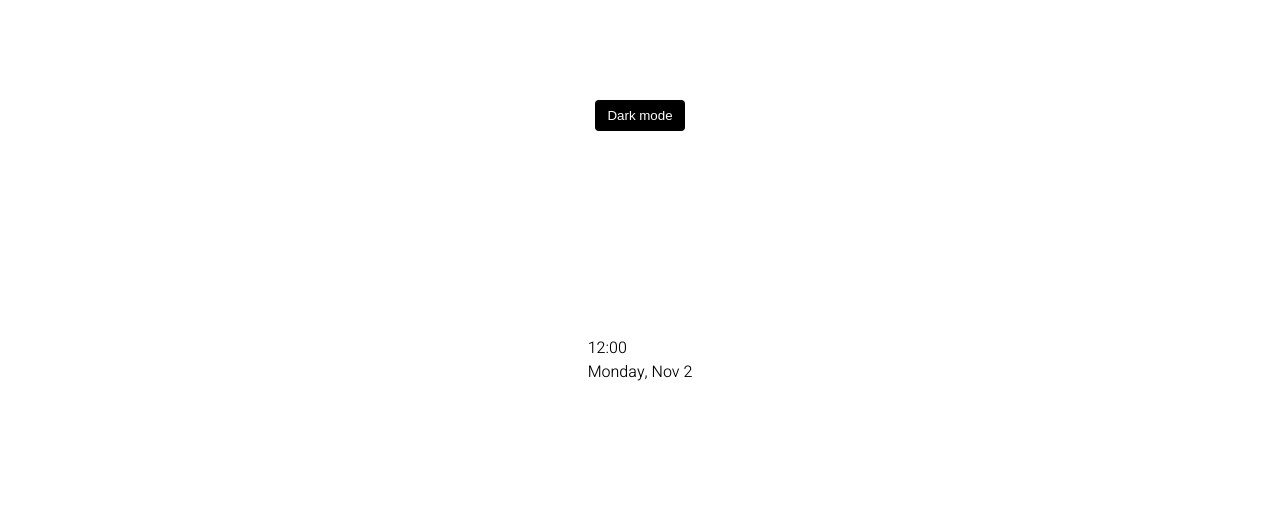
Repository: eagle-tex/50-projects-BT
Page: 19-theme-clock/index.html
An editor plug-in stored every save of this project. The page is shown before and after the next save, followed by the edit.
The browser window is 1280 px wide. The pictures show the whole page.

Above is the page before, as saved 2021-01-15 21:32:30.

### 19-theme-clock/index.html
<!DOCTYPE html>
<html lang="en">

<head>
  <meta charset="UTF-8" />
  <meta name="viewport" content="width=device-width, initial-scale=1.0" />
  <link rel="stylesheet" href="style.css" />
  <title>Theme Clock</title>
</head>

<body>
  <!-- Inspired by this dribbble shot https://dribbble.com/shots/5958443-Alarm-clock -->

  <button class="toggle">Dark mode</button>

  <div class="clock-container">
    <div class="clock">
      <div class="needle hour"></div>
      <div class="needle minute"></div>
      <div class="needle second"></div>
      <div class="center-point"></div>
    </div>

    <div class="time">12:00</div>
    <div class="date">
      Monday, Nov
      <span class="circle">2</span>
    </div>
  </div>

  <script src="script.js"></script>
</body>

</html>

### 19-theme-clock/style.css
@import url('https://fonts.googleapis.com/css?family=Heebo:300&display=swap');

* {
  box-sizing: border-box;
}

:root {
  --primary-color: #000;
  --secondary-color: #fff;
}

html {
  transition: all 0.5s ease-in;
  -webkit-transition: all 0.5s ease-in;
  -moz-transition: all 0.5s ease-in;
  -ms-transition: all 0.5s ease-in;
  -o-transition: all 0.5s ease-in;
}

html.dark {
  --primary-color: #fff;
  --secondary-color: #333;
}

html.dark {
  background-color: #111;
  color: var(--primary-color);
}

body {
  font-family: 'Heebo', sans-serif;
  display: flex;
  align-items: center;
  justify-content: center;
  height: 100vh;
  overflow: hidden;
  margin: 0;
}

.toggle {
  background-color: var(--primary-color);
  color: var(--secondary-color);
  border: 0;
  border-radius: 4px;
  -webkit-border-radius: 4px;
  -moz-border-radius: 4px;
  -ms-border-radius: 4px;
  -o-border-radius: 4px;
  padding: 8px 12px;
  position: absolute;
  top: 100px;
}

.toggle:focus {
  outline: none;
}

Loaded but not shown: 19-theme-clock/script.js (no stored copy; drawn as an empty file)

After the next save:
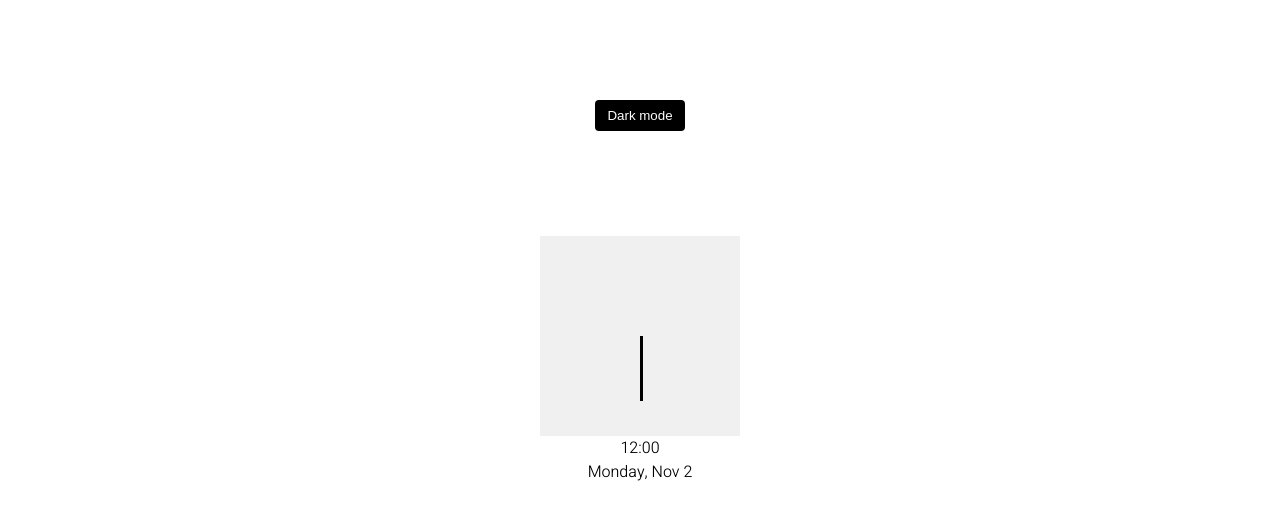
Saved 102 s later.
--- a/19-theme-clock/style.css
+++ b/19-theme-clock/style.css
@@ -54,3 +54,26 @@ body {
 .toggle:focus {
   outline: none;
 }
+
+.clock-container {
+  display: flex;
+  flex-direction: column;
+  justify-content: space-between;
+  align-items: center;
+}
+
+.clock {
+  position: relative;
+  width: 200px;
+  height: 200px;
+  background-color: #f0f0f0;
+}
+
+.needle {
+  background-color: var(--primary-color);
+  position: absolute;
+  top: 50%;
+  left: 50%;
+  height: 65px;
+  width: 3px;
+}
